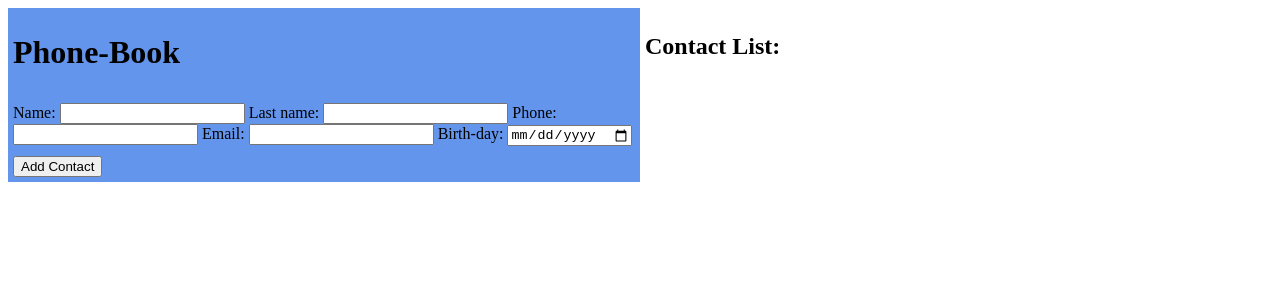
Repository: STA1357/Phone-book
Page: Inner.html
An editor plug-in stored every save of this project. The page is shown before and after the next save, followed by the edit.
The browser window is 1280 px wide. The pictures show the whole page.

Above is the page before, as saved 2020-12-10 11:00:13.

### Inner.html
<!DOCTYPE html>
<html lang="en">
<head>
    <meta charset="UTF-8">
    <meta name="viewport" content="width=device-width, initial-scale=1.0">
    <title>Phone Book</title>
    <link rel="stylesheet" href="./styles.css">
    <script src="./app.js"></script>
</head>
<body>
    <form action="#" method="POST">

        <header>
            <div class="header-title">
                <h1>Phone-Book</h1>
            </div>
        </header>

        <main>
            <div class="container">
                <label for="name">Name:</label>
                <input type="text" id="nameInput">
                <label for="lname">Last name:</label>
                <input type="text" id="lnameInput">
                <label for="tel">Phone:</label>
                <input type="text" id="telInput" class="tellinput">
                <label for="email">Email:</label>
                <input type="email" id="emailInput">
                <label for="birthname">Birth-day:</label>
                <input type="date" id="birthInput">
            </div>

        </main>

        <div class="btn">
        <button type="submit" id="btnAdd">Add Contact</button>
    </div>
    </form>
<div class="list-container">
    <h2>Contact List:</h2>
    <ul id="users"></ul>
</div>
</body>
</html>

### styles.css
*{
    box-sizing: border-box;
}

body{
    display: flex;
    flex-direction: row;
}

form{
    width: 50%;
    background-color: cornflowerblue;
}











.selected{
    background-color: skyblue;
    color: black;
    text-shadow: 0.5px 0.5px grey;
}

.deleteBtn::before{
    color: brown;
    content: "delete";
}

div{
    padding: 5px;
}

li{
    font-weight: bold;
    font-style: italic;
}

### app.js
window.onload = function() {
    const localKey = 'contactsCollection';
    const form = document.querySelector('form');
    const list = document.getElementById('users');
    const userName = document.getElementById('nameInput');
    const userLname = document.getElementById('lnameInput');
    const userTel = document.getElementById('telInput');
    const userEmail = document.getElementById('emailInput');
    const userBirth = document.getElementById('birthInput');

    let contactsList = getContacts();
    let activeContact = null;

    generateContactList();

    function getContacts() {
        const res = localStorage.getItem(localKey);
        return res ? JSON.parse(res) : [];
    }

    function setToStorage(data) {
        localStorage.setItem(localKey, data);
    }

    function updateContactList(newList) {
        const string = JSON.stringify(newList);
        contactsList = newList;
        setToStorage(string);
        generateContactList();
    }

    function recordContact(newContact) {
        updateContactList([...contactsList, newContact])
    }

    function updateContact(newData) {
        contactsList = contactsList.map(contact => contact.id === newData.id ? newData : contact);
        updateContactList(contactsList);
    }

    function deleteContact(removeId) {
        contactsList = contactsList.filter(({ id }) => id !== removeId);
        updateContactList(contactsList);
    }

    function setActiveContact(id) {
        const contact = document.getElementById(`contact-${id}`);
        contact.classList.toggle('active');
    }

    function generateContactList() {
        console.log(contactsList);
        const fragment = document.createDocumentFragment();
        contactsList.forEach((contact) => {
            const { id, name, lastName, phone, mail, birthDay } = contact;
            const container = document.createElement('div');
            container.onclick = () => setActiveContact(id);
            container.id = `contact-${id}`;
            const title = document.createElement('li');
            title.innerText = `${name} ${lastName}`;

            const infoList = document.createElement('b');
            infoList.innerText = phone + ' - ' + mail + ' - ' + birthDay;
            // phonesList.innerText = phones.join(' ');
            container.appendChild(title);
            container.appendChild(infoList);
            fragment.appendChild(container);

            const deleteBtn = document.createElement('button');
            deleteBtn.className = 'deleteBtn'
            fragment.appendChild(deleteBtn);
            deleteBtn.addEventListener('mousedown', function (e) {
                e.preventDefault();
            })

            deleteBtn.addEventListener('click', function (e) {
                console.log(e);
                deleteContact();
            })

            //const btn = document.createElement('button');
            //btn.onclick = () => !deleteContact(removeId);
            //btn.appendChild(container)


            container.addEventListener('mousedown', function (e) {
                e.preventDefault();
            })

            container.addEventListener('click', function (e) {
                console.log(e);


                if (e.target == this) {
                    return false;

                }
                if (!e.ctrlKey) {
                    clearSelected(this.children);
                }
                addSelected(e.target);
            })

            function clearSelected(elems) {
                for (let elem of elems) {
                    elem.classList.remove('selected');
                }
            }

            function addSelected(target) {
                target.classList.add('selected');
            }
        });


        list.innerHTML = '';
        list.appendChild(fragment);


    }

    function getId() {
        return '_' + Math.random().toString(36).substr(2, 9);
    };

    form.onsubmit = (event) => {
        event.preventDefault();
        const contact = {
            id: getId(),
            name: userName.value,
            lastName: userLname.value,
            phone: userTel.value,
            mail: userEmail.value,
            birthDay: userBirth.value
        }
        recordContact(contact);
        console.log(contact);
    }
}

// const form = document.querySelector('form')
// const list = document.getElementById('users')
// const userName = document.getElementById('nameInput')
// const userLname = document.getElementById('lnameInput')
// const userTel = document.getElementById('telInput')
// const userEmail = document.getElementById('emailInput')
// const userBirth = document.getElementById('birthInput')
// const entry = document.createElement('li')


// function addUser() {
//     const list = document.getElementById('users')
//     const userName = document.getElementById('nameInput')
//     const userLname = document.getElementById('lnameInput')
//     const userTel = document.getElementById('telInput')
//     const userEmail = document.getElementById('emailInput')
//     const userBirth = document.getElementById('birthInput')
//     const entry = document.createElement('li')
//     entry.appendChild(document.createTextNode(userName.value + ' ' + userLname.value + ' '
//     + userTel.value + ' ' + userEmail.value + ' ' + userBirth.value))
//     list.appendChild(entry)
//     return false

// }

// let bookContacts = [];

// const addContacts = (ev) => {
//     ev.preventDefault();
//     let contact = {
//         name: document.getElementById('nameInput').value,
//         lname: userLname.value,
//         tel: userTel.value,
//         email: userEmail.value,
//         birthday: userBirth.value
//     }
//     bookContacts.push(contact);
//     document.forms[0].reset();
// }
// document.addEventListener('DomContentLoad', () =>{
//     document.getElementById('btnAdd').addEventListener('click',addContacts)
// })
// console.log(bookContacts);




/*class Person{
    constructor(options){
        this.name = options.name
        this.lname = options.lname
        this.tel = options.tel
        this.email = options.email
        this.birthday = options.birthday
    }
}

class User extends Person{
    static type = "User"
}

const user = new User({
    name: "",
    lname: "",
    tel: "",
    email:"",
    birthday:""
})


localStorage.setItem('userInfo', JSON.stringify(user));




const raw = localStorage.getItem('userInfo')
const userInfo = JSON.parse(raw)
userInfo.name = 'Maxim'

console.log(userInfo);*/

After the next save:
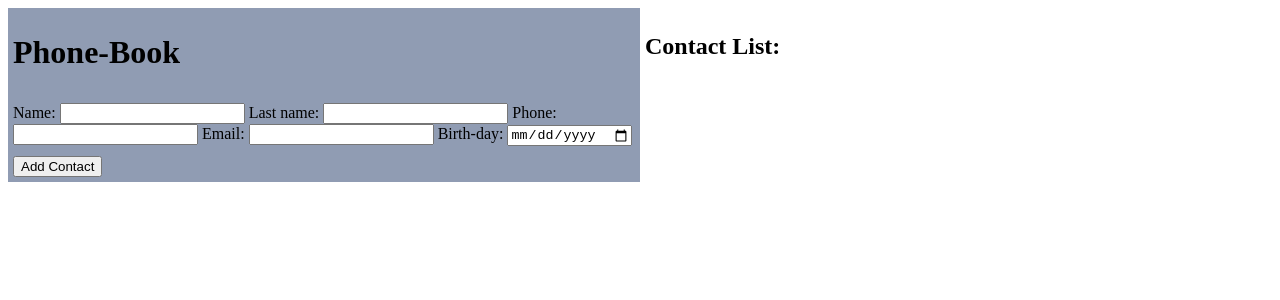
Saved 10 s later.
--- a/styles.css
+++ b/styles.css
@@ -9,7 +9,7 @@ body{
 
 form{
     width: 50%;
-    background-color: cornflowerblue;
+    background-color: rgb(144, 156, 179);
 }
 
 
